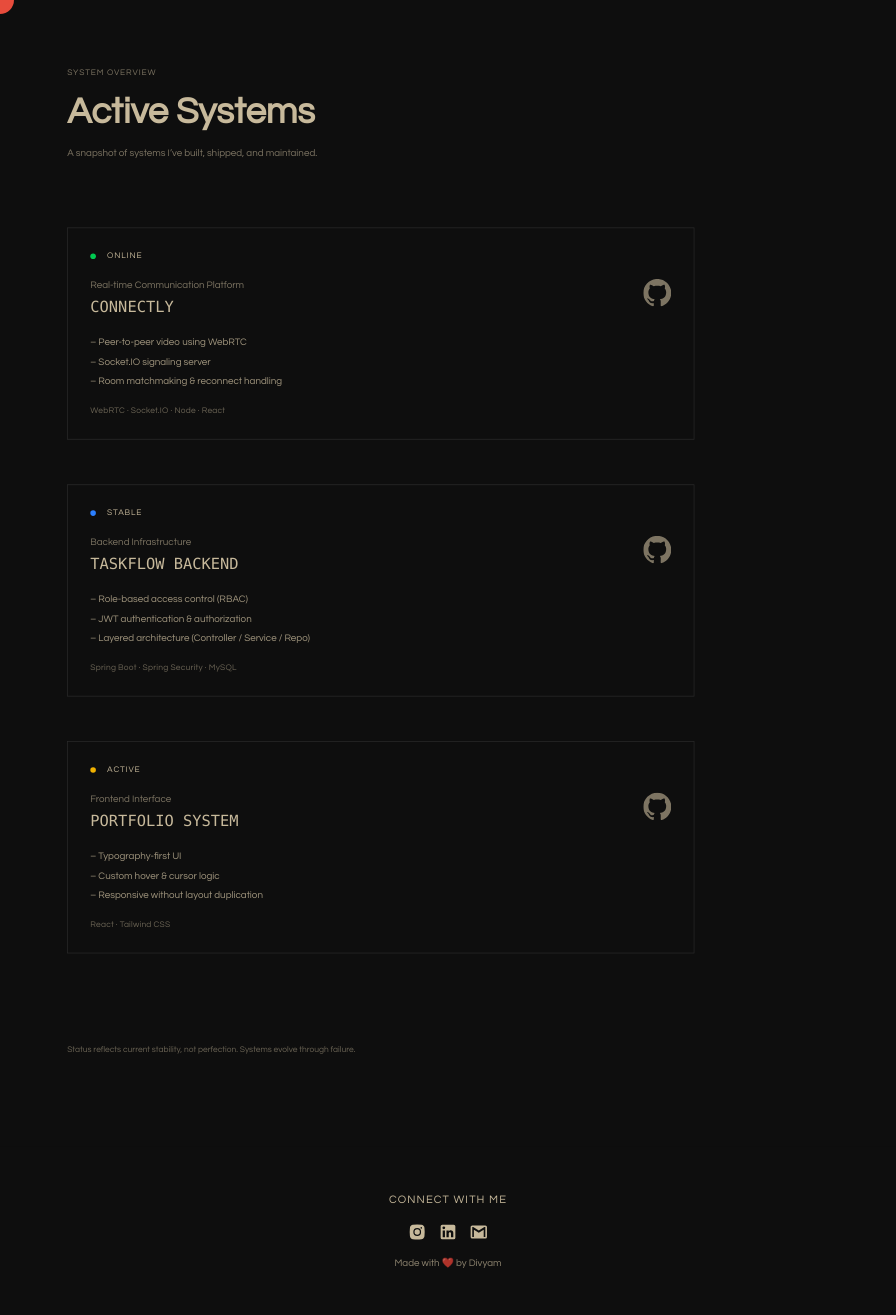
Repository: divyamGNH/DivyamPF
Page: /projects
An editor plug-in stored every save of this project. The page is shown before and after the next save, followed by the edit.
The browser window is 1280 px wide. The pictures show the whole page, at 70% of full size.
The project was rebuilt for these pictures with package versions that can differ from the ones it lists, and the page was loaded fresh each time. Also part of the build but not shown: vite.config.js, src/App.css, src/components/MaskLayer.jsx, src/pages/Landing.jsx, src/pages/topProjects.jsx, src/pages/Socials.jsx, src/pages/Navigations.jsx, src/animations/ScrolltoAnimate.jsx and 5 more.

Above is the page before, as saved 2025-12-21 03:15:00.

After the next save:
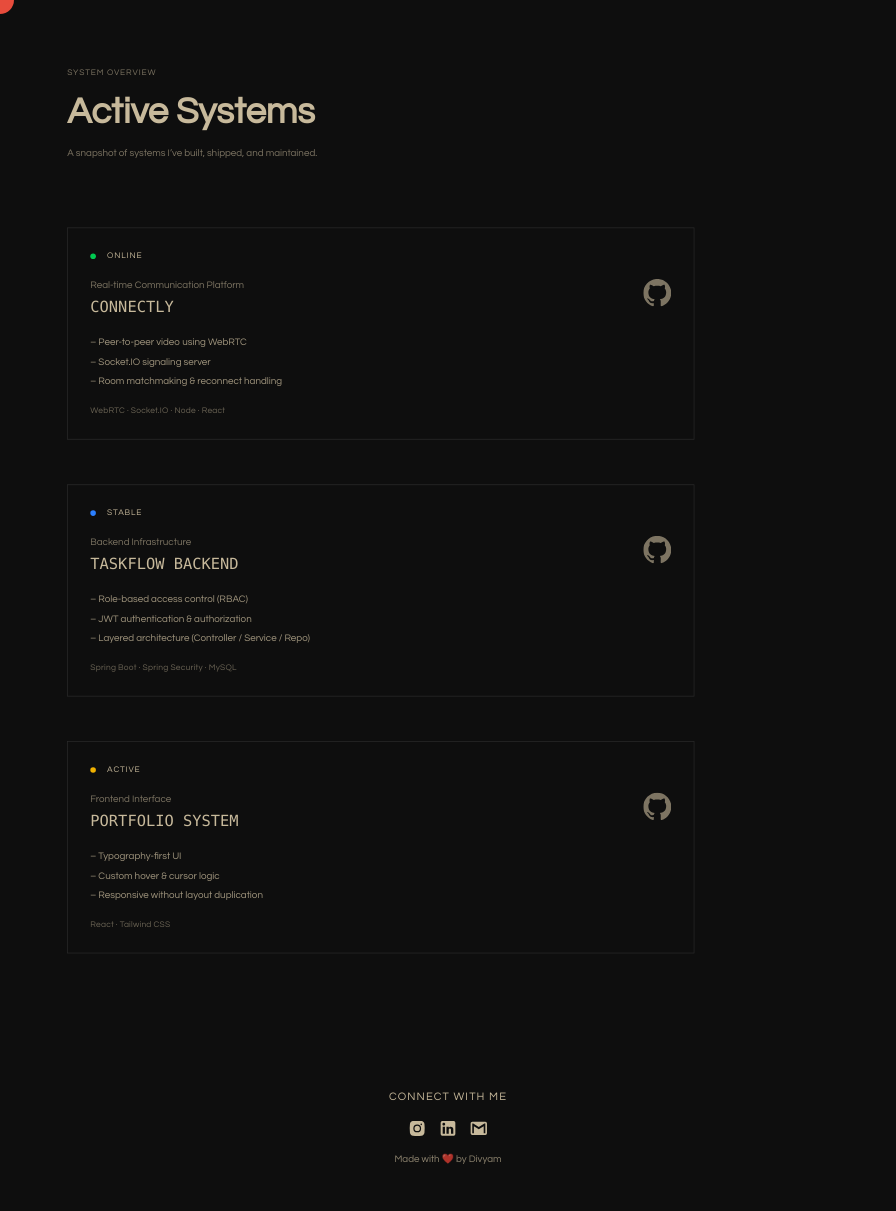
Saved 21 s later.
--- a/src/pages/Projects.jsx
+++ b/src/pages/Projects.jsx
@@ -67,14 +67,6 @@ function Projects() {
           githubLink="https://github.com/yourname/portfolio"
         />
 
-      </div>
-
-      {/* FOOTNOTE */}
-      <div className="mt-32 max-w-md">
-        <p className="text-xs opacity-50 leading-relaxed">
-          Status reflects current stability, not perfection.
-          Systems evolve through failure.
-        </p>
       </div>
     </div>
   );
